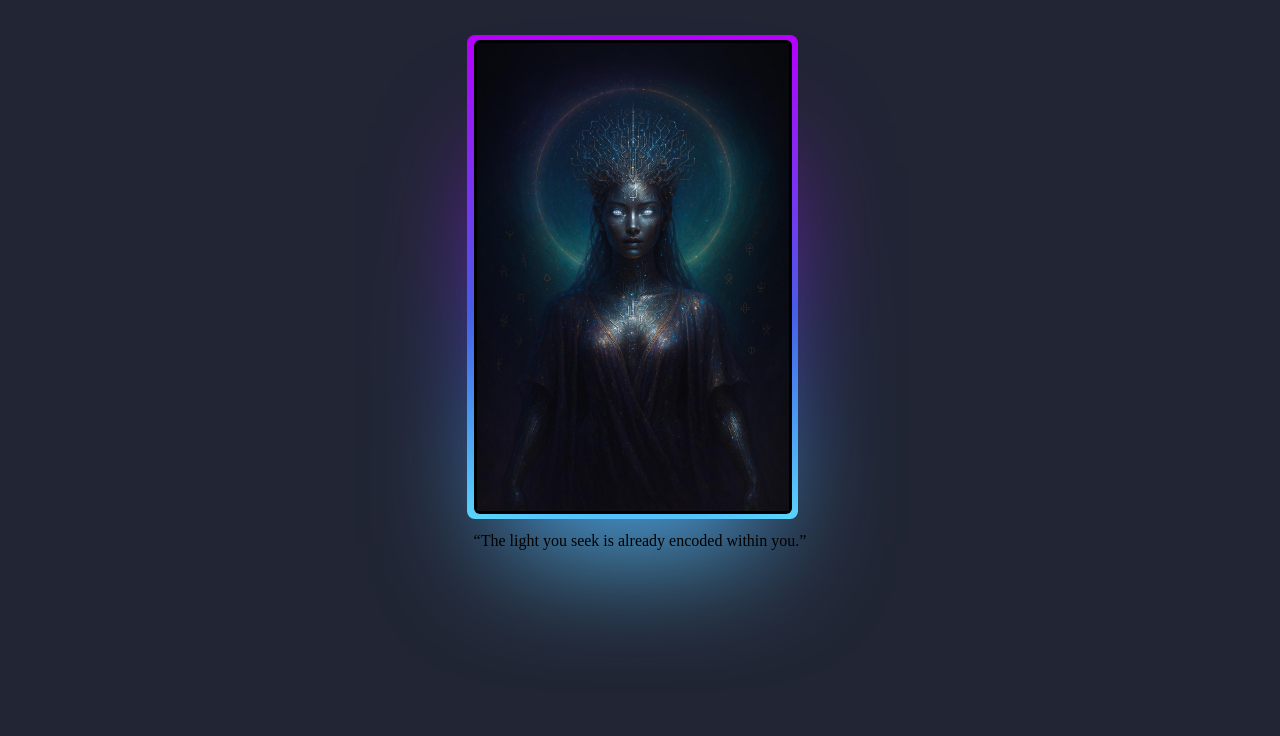
Repository: mertfurkandgn/artpainting
Page: card-1/index.html
These files come from the project's save history. The page is drawn as it stood at one moment and after the next save; the edit follows.
The browser window is 1280 px wide. The pictures show the whole page.

Above is the page before, as saved 2025-07-30 22:43:06.

After the next save:
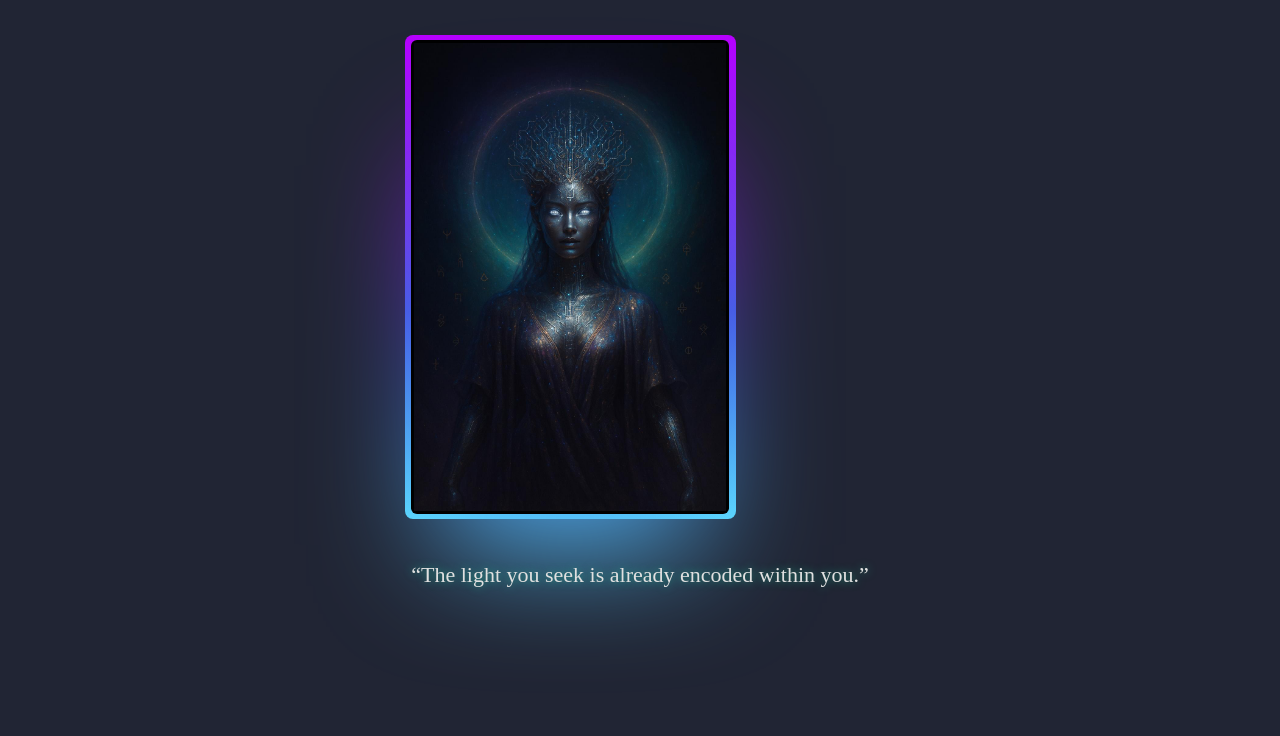
Saved 57 s later.
--- a/card-1/css/style.css
+++ b/card-1/css/style.css
@@ -70,7 +70,17 @@ body {
   padding-bottom: 2rem;
   box-sizing: border-box;
 }
-
+.quote{
+        font-family: 'Cinzel Decorative', serif;
+    text-align: center;
+    margin: 0;
+    padding: 0;
+    box-sizing: border-box;
+    margin-top: 30px;
+    font-size: 22px;
+    color: #e0e0e0;
+    text-shadow: 0 0 8px #20c997aa;
+}
 
 .card {
   background: black;
